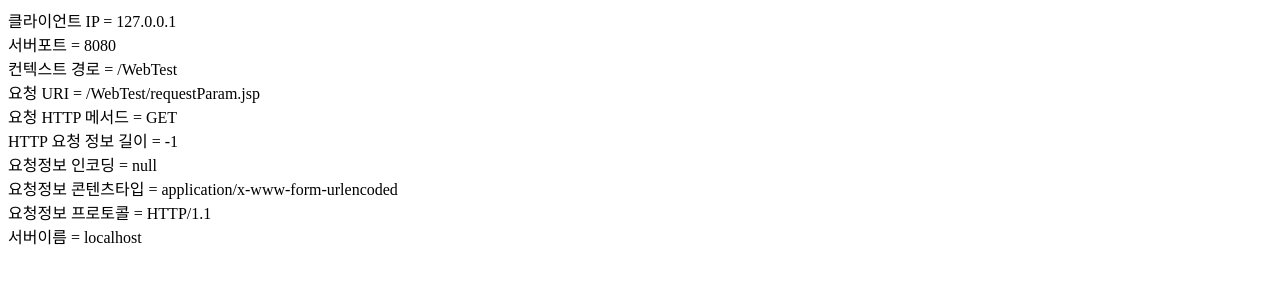
Repository: i-kemen/jsp
Page: http://localhost/WebTest/requestParam.jsp
These files come from the project's save history. The page is drawn as it stood at one moment and after the next save; the edit follows.
The browser window is 1280 px wide. The pictures show the whole page.
The page is served by Tomcat 10. Other server files are loaded and not shown.

Above is the page before, as saved 2023-06-21 01:35:24.

### WebTest/src/main/webapp/requestParam.jsp
<%@ page language="java" contentType="text/html; charset=UTF-8"
     pageEncoding="UTF-8"%>
<!DOCTYPE html>
<html>
<head>
<meta charset="UTF-8">
<title>request 객체</title>
</head>
<body>
클라이언트 IP = <%= request.getRemoteAddr() %> <br>
서버포트 = <%= request.getServerPort() %> <br>
컨텍스트 경로 = <%= request.getContextPath() %> <br>
요청 URI = <%= request.getRequestURI() %> <br>
요청 HTTP 메서드 = <%= request.getMethod() %> <br>
HTTP 요청 정보 길이 = <%= request.getContentLength() %> <br>
요청정보 인코딩 = <%= request.getCharacterEncoding() %> <br>
요청정보 콘텐츠타입 = <%= request.getContentType() %> <br>
요청정보 프로토콜 = <%= request.getProtocol() %> <br>
서버이름 = <%= request.getServerName() %> <br>
</body>
</html>

After the next save:
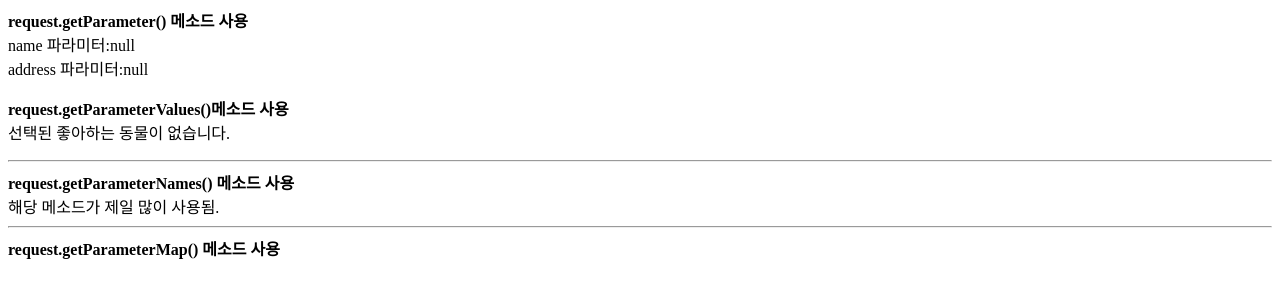
Saved 2 min 16 s later.
--- a/WebTest/src/main/webapp/requestParam.jsp
+++ b/WebTest/src/main/webapp/requestParam.jsp
@@ -1,21 +1,51 @@
-<%@ page language="java" contentType="text/html; charset=UTF-8"
-     pageEncoding="UTF-8"%>
+<%@ page contentType="text/html; charset=UTF-8"%>
+<%@ page import="java.util.Enumeration" %>
+<%@ page import="java.util.Map" %>
+<%
+    request.setCharacterEncoding("UTF-8");//method=post로 전송되는 한글을 안깨지게 한다.
+%>
 <!DOCTYPE html>
 <html>
 <head>
 <meta charset="UTF-8">
-<title>request 객체</title>
+<title>요청 파라미터 출력</title>
 </head>
 <body>
-클라이언트 IP = <%= request.getRemoteAddr() %> <br>
-서버포트 = <%= request.getServerPort() %> <br>
-컨텍스트 경로 = <%= request.getContextPath() %> <br>
-요청 URI = <%= request.getRequestURI() %> <br>
-요청 HTTP 메서드 = <%= request.getMethod() %> <br>
-HTTP 요청 정보 길이 = <%= request.getContentLength() %> <br>
-요청정보 인코딩 = <%= request.getCharacterEncoding() %> <br>
-요청정보 콘텐츠타입 = <%= request.getContentType() %> <br>
-요청정보 프로토콜 = <%= request.getProtocol() %> <br>
-서버이름 = <%= request.getServerName() %> <br>
+<b>request.getParameter() 메소드 사용</b><br/>
+name 파라미터:<%=request.getParameter("name") %><br/>
+address 파라미터:<%=request.getParameter("address") %>
+<p>
+<strong>request.getParameterValues()메소드 사용</strong><br/>
+<%
+String[] values=request.getParameterValues("pet");//pet 파라미터 이름에 실려온 복수개의 값을 배열로 받는다.
+
+if(values !=null && values.length>0){
+    for(int i=0;i<values.length;i++){
+%>
+    <%=values[i] %>&nbsp;&nbsp;<%--두칸의 빈공백 처리 --%>
+<%}
+}else{ %>
+선택된 좋아하는 동물이 없습니다.
+<%} %>
+<hr/>
+<b>request.getParameterNames() 메소드 사용</b><br/>
+<%
+Enumeration paramEnum=request.getParameterNames();//파라미터 이름 목록을 구함
+while(paramEnum.hasMoreElements()){
+    String name=(String)paramEnum.nextElement();
+
+%>
+<%=name %>&nbsp;&nbsp;
+<%} %>
+해당 메소드가 제일 많이 사용됨.
+<hr/>
+<b>request.getParameterMap() 메소드 사용</b><br/>
+<%
+    Map parameterMap=request.getParameterMap();//파라미터 맵을 구함. 맵은 파라미터 이름, 값 쌍으로 구성됨.
+    String[] nameParam=(String[])parameterMap.get("name");//name파라미터이름에 해당값 값 배열을 구함.
+    if(nameParam !=null){
+        out.println("name="+nameParam[0]);
+    }
+%>
 </body>
 </html>
